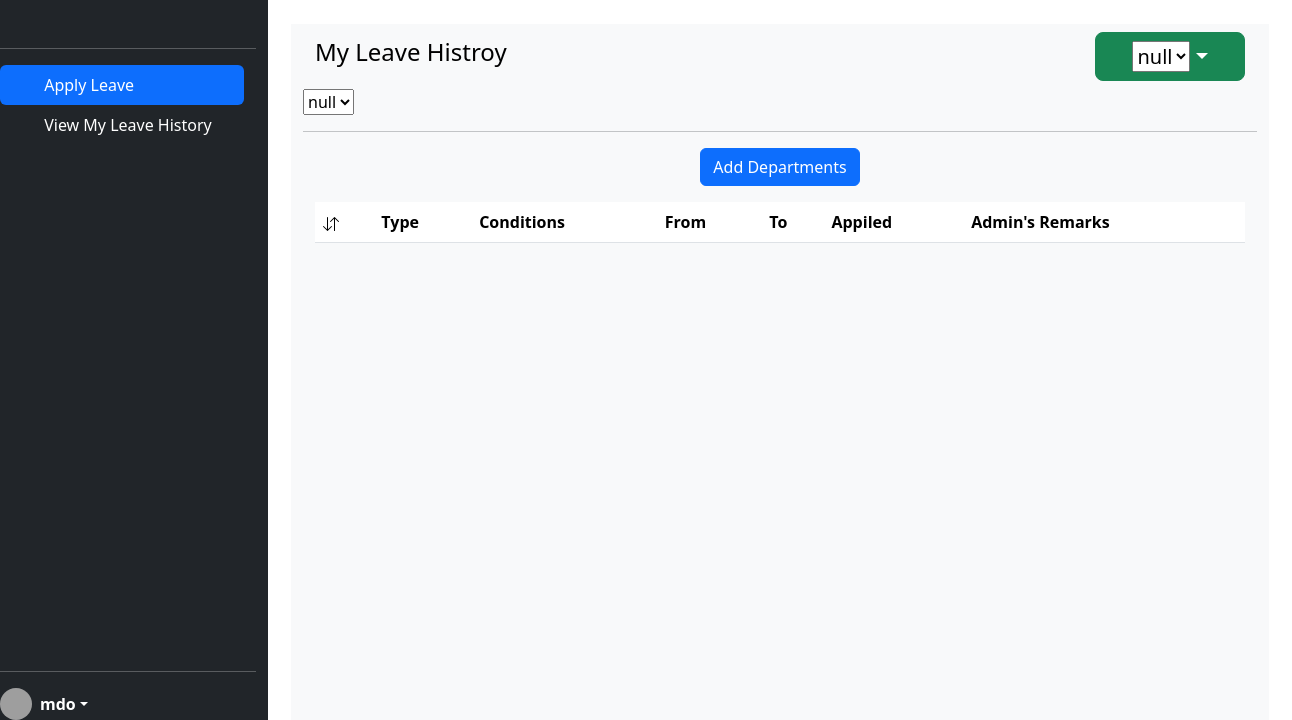
Repository: Ashish4910/Leave-Application-Management
Page: http://localhost/Employee_management/Employee/View_leave_History.jsp
An editor plug-in stored every save of this project. The page is shown before and after the next save, followed by the edit.
The browser window is 1280 px wide. The page is 1292 px wide, so the pictures cover 1292 px, including what lies to the right of the window. The pictures show the whole page.
Pictures or frames that could not be fetched are drawn as grey boxes. The page is served by Tomcat 9. Other server files are loaded and not shown. Queries for data that is not in the repository find no rows.

Above is the page before, as saved 2023-12-02 06:31:21.

### Employee Management Project/Employee_management/src/main/webapp/Employee/View_leave_History.jsp
<!doctype html>
<html lang="en">
<%@ page import="java.sql.*"%>
<head>
<meta charset="utf-8">
<meta name="viewport" content="width=device-width, initial-scale=1">
<title>Admin Dashboard</title>
<link
	href="https://cdn.jsdelivr.net/npm/bootstrap@5.3.2/dist/css/bootstrap.min.css"
	rel="stylesheet"
	integrity="sha384-T3c6CoIi6uLrA9TneNEoa7RxnatzjcDSCmG1MXxSR1GAsXEV/Dwwykc2MPK8M2HN"
	crossorigin="anonymous">
<link rel="stylesheet"
	href="https://cdnjs.cloudflare.com/ajax/libs/font-awesome/6.2.1/css/all.min.css"
	integrity="sha512-MV7K8+y+gLIBoVD59lQIYicR65iaqukzvf/nwasF0nqhPay5w/9lJmVM2hMDcnK1OnMGCdVK+iQrJ7lzPJQd1w=="
	crossorigin="anonymous" referrerpolicy="no-referrer" />

<style type="text/css">
.full-height-sidebar {
	height: 100vh;
	background-color: #111;
	color: white;
}

.custom-width {
	width: 280px;
}

.btn-wider {
	min-width: 150px; /* Adjust the width as needed */
}
}
</style>

</head>
<body>

	<div class="row">
		<div
			class="d-flex flex-column  text-bg-dark  col-lg-2 full-height-sidebar custom-width ">
			<a href="/"
				class="d-flex align-items-center mb-3 mb-md-0 me-md-auto text-white text-decoration-none">
				<svg class="bi pe-none me-2" width="40" height="32">
				<use xlink:href="#bootstrap"></use></svg> <span class="fs-4"> </span>
			</a>
			<hr>
			<ul class="nav nav-pills flex-column mb-auto container-fluid">
				<li class="nav-item"><a href="Employee_dashboard.jsp"
					class="nav-link active" aria-current="page"> <svg
							class="bi pe-none me-2" width="16" height="16">
						<use xlink:href="#home"></use></svg> Apply Leave
				</a></li>
				<li><a href="View_leave_History.jsp"
					class="nav-link text-white"> <svg class="bi pe-none me-2"
							width="16" height="16">
						<use xlink:href="#table"></use></svg> View My Leave History
				</a></li>


			</ul>
			<hr>
			<div class="dropdown">
				<a href="#"
					class="d-flex align-items-center text-white text-decoration-none dropdown-toggle"
					data-bs-toggle="dropdown" aria-expanded="false"> <img
					src="https://github.com/mdo.png" alt="" width="32" height="32"
					class="rounded-circle me-2"> <strong>mdo</strong>
				</a>
				<ul class="dropdown-menu dropdown-menu-dark text-small shadow">
					<li><a class="dropdown-item" href="#">New project...</a></li>
					<li><a class="dropdown-item" href="#">Settings</a></li>
					<li><a class="dropdown-item" href="#">Profile</a></li>
					<li><hr class="dropdown-divider"></li>
					<li><a class="dropdown-item" href="#">Sign out</a></li>
				</ul>
			</div>
		</div>

		<div class="container col-lg-9 bg-light mt-4 right-content">

			<div class="card-body">
				<nav class="navbar navbar-light bg-light">
					<div class="container-fluid">
						<a class="navbar-brand" href="#"><h4>My Leave Histroy</h4></a> <a
							class="navbar-brand" href="#"> <i
							class="fa-solid fa-arrow-up-arrow-down"></i></a>
						<!-- 	<button type="button" class="btn btn-primary"
							style="hight: 200px; width: 200px">Admin</button> -->



						<div class="dropdown nav-item ">
							<a class="btn btn-success dropdown-toggle btn-lg  btn-wider "
								href="#" role="button" data-bs-toggle="dropdown"
								aria-expanded="false"><select name="emailid" id="emailid">
									<a href="login.jsp" class="btn btn-outline-danger">Logout</a>
									<option value=""><p><%=session.getAttribute("email")%></p>
									</option>

									</option>


							</select></a>
							<ul class="dropdown-menu">
								<li><a class="dropdown-item" href="#">Log-Out</a></li>

							</ul>
						</div>
					</div>
				</nav>
			</div>
			<!-- ====================================================================================== -->
			<select name="emailid" id="emailid">
				<a href="login.jsp" class="btn btn-outline-danger">Logout</a>
				<option value=""><p><%=session.getAttribute("email")%></p>
				</option>

				</option>


			</select>

			<!-- ================================================================================================= -->

			<hr>
			<div class="container">
				<div class="text-center mt-3 mb-3">
					<a href="Add_Departments.jsp" class="btn btn-primary ">Add
						Departments</a>

				</div>
				<table class="table">
					<thead>
						<tr>
							<th scope="col"><img src="../Image/arrow-down-up.svg"></th>
							<th scope="col">Type</th>
							<th scope="col">Conditions</th>
							<th scope="col">From</th>
							<th scope="col">To</th>
							<th scope="col">Appiled</th>
							<th scope="col">Admin's Remarks</th>




						</tr>
						<%
						Connection conn = null;
						PreparedStatement pstmt = null;
						String sql = "SELECT * FROM apply_leave";
						ResultSet rs = null;

						try {
							Class.forName("com.mysql.cj.jdbc.Driver");
							conn = DriverManager.getConnection("jdbc:mysql://localhost:3306/employee_management?user=root&password=root123@");
							pstmt = conn.prepareStatement(sql);
							rs = pstmt.executeQuery();
							while (rs.next()) {
						%>
						<tr>
							<td><%=rs.getString("id")%></td>
							<td><%=rs.getString("leave_type")%></td>
							<td><%=rs.getString("long_text")%></td>
							<td><%=rs.getString("start_date")%></td>
							<td><%=rs.getString("end_date")%></td>
							<td><%=rs.getString("end_date")%></td>
							<td>
								<form action="../Department_Delete" method="post">
									<!-- Hidden input to store the Department_id value -->
									<input type="hidden" name="id"
										value="<%=rs.getString("Department_id")%>">
									<!-- Submit button with the trash icon -->
									<button type="submit" class="btn btn-link">
										<i class="fa-solid fa-trash"></i>
									</button>
									<a
										href="Edit_Department.jsp?id=<%=rs.getString("Department_id")%>"
										class=""><i class="fa-solid fa-pen-to-square"></i></a>
								</form>
							</td>


							<!-- Add more columns as needed -->
						</tr>
						<%
						}
						} catch (Exception e) {
						e.printStackTrace();
						} finally {
						if (rs != null) {
						rs.close();
						}
						if (pstmt != null) {
						pstmt.close();
						}
						if (conn != null) {
						conn.close();
						}
						}
						%>

					</tbody>
				</table>
			</div>
		</div>

		<script
			src="https://cdn.jsdelivr.net/npm/bootstrap@5.3.2/dist/js/bootstrap.bundle.min.js"
			integrity="sha384-C6RzsynM9kWDrMNeT87bh95OGNyZPhcTNXj1NW7RuBCsyN/o0jlpcV8Qyq46cDfL"
			crossorigin="anonymous"></script>
</body>
</html>

### Employee Management Project/Employee_management/src/main/webapp/Image/arrow-down-up.svg
<svg xmlns="http://www.w3.org/2000/svg" width="16" height="16" fill="currentColor" class="bi bi-arrow-down-up" viewBox="0 0 16 16">
  <path fill-rule="evenodd" d="M11.5 15a.5.5 0 0 0 .5-.5V2.707l3.146 3.147a.5.5 0 0 0 .708-.708l-4-4a.5.5 0 0 0-.708 0l-4 4a.5.5 0 1 0 .708.708L11 2.707V14.5a.5.5 0 0 0 .5.5m-7-14a.5.5 0 0 1 .5.5v11.793l3.146-3.147a.5.5 0 0 1 .708.708l-4 4a.5.5 0 0 1-.708 0l-4-4a.5.5 0 0 1 .708-.708L4 13.293V1.5a.5.5 0 0 1 .5-.5"/>
</svg>

After the next save:
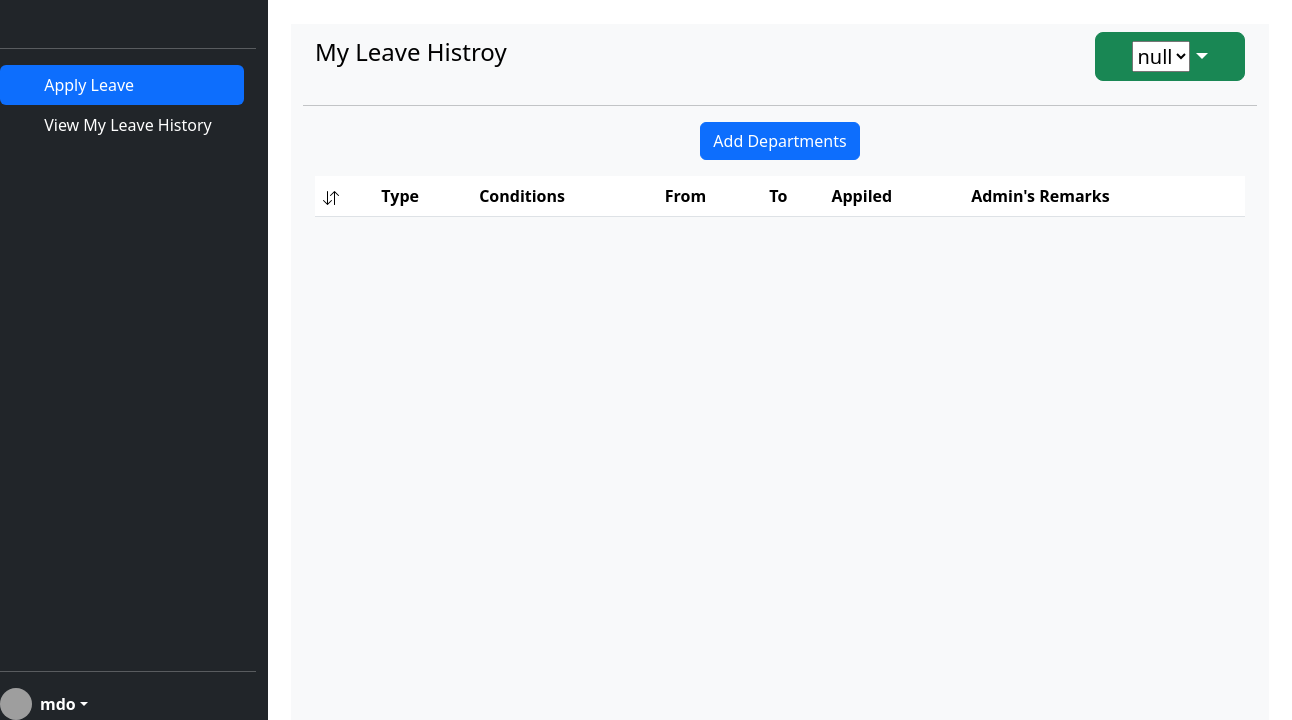
Saved 58 s later.
--- a/Employee Management Project/Employee_management/src/main/webapp/Employee/View_leave_History.jsp
+++ b/Employee Management Project/Employee_management/src/main/webapp/Employee/View_leave_History.jsp
@@ -110,15 +110,7 @@
 				</nav>
 			</div>
 			<!-- ====================================================================================== -->
-			<select name="emailid" id="emailid">
-				<a href="login.jsp" class="btn btn-outline-danger">Logout</a>
-				<option value=""><p><%=session.getAttribute("email")%></p>
-				</option>
-
-				</option>
-
-
-			</select>
+
 
 			<!-- ================================================================================================= -->
 
